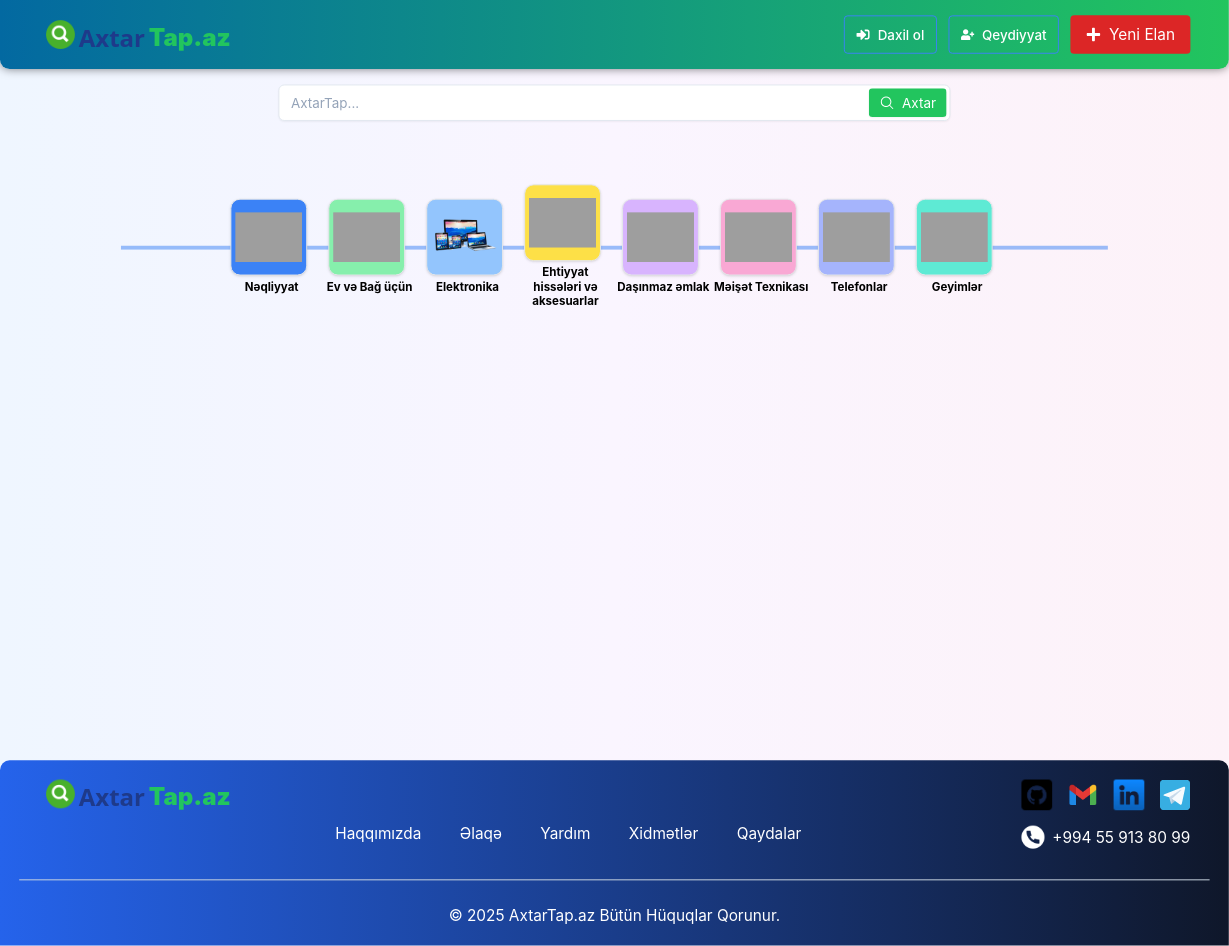
Repository: Omur56/AxtarTap.az
Page: /
An editor plug-in stored every save of this project. The page is shown before and after the next save, followed by the edit.
The browser window is 1280 px wide. The pictures show the whole page, at 96% of full size.
Pictures or frames that could not be fetched are drawn as grey boxes. The page's requests for data from a server got no answer. The project was rebuilt for these pictures with package versions that can differ from the ones it lists, and the page was loaded fresh each time. Some packages were replaced by stand-ins written for this rebuild. No one was signed in, and anything a server would have sent is missing. Also part of the build but not shown: src/pages/About/index.jsx, src/pages/Contact/index.jsx, src/pages/Qaydalar/index.jsx, src/pages/Yardım/index.jsx, src/pages/Xidmetler/index.jsx, src/components/CreatePostNeqliyyat/index.jsx, src/pages/Katalog/Neqliyyat/index.jsx, src/components/CreatePostHome/index.jsx and 30 more.

Above is the page before, as saved 2025-08-21 20:04:50.

After the next save:
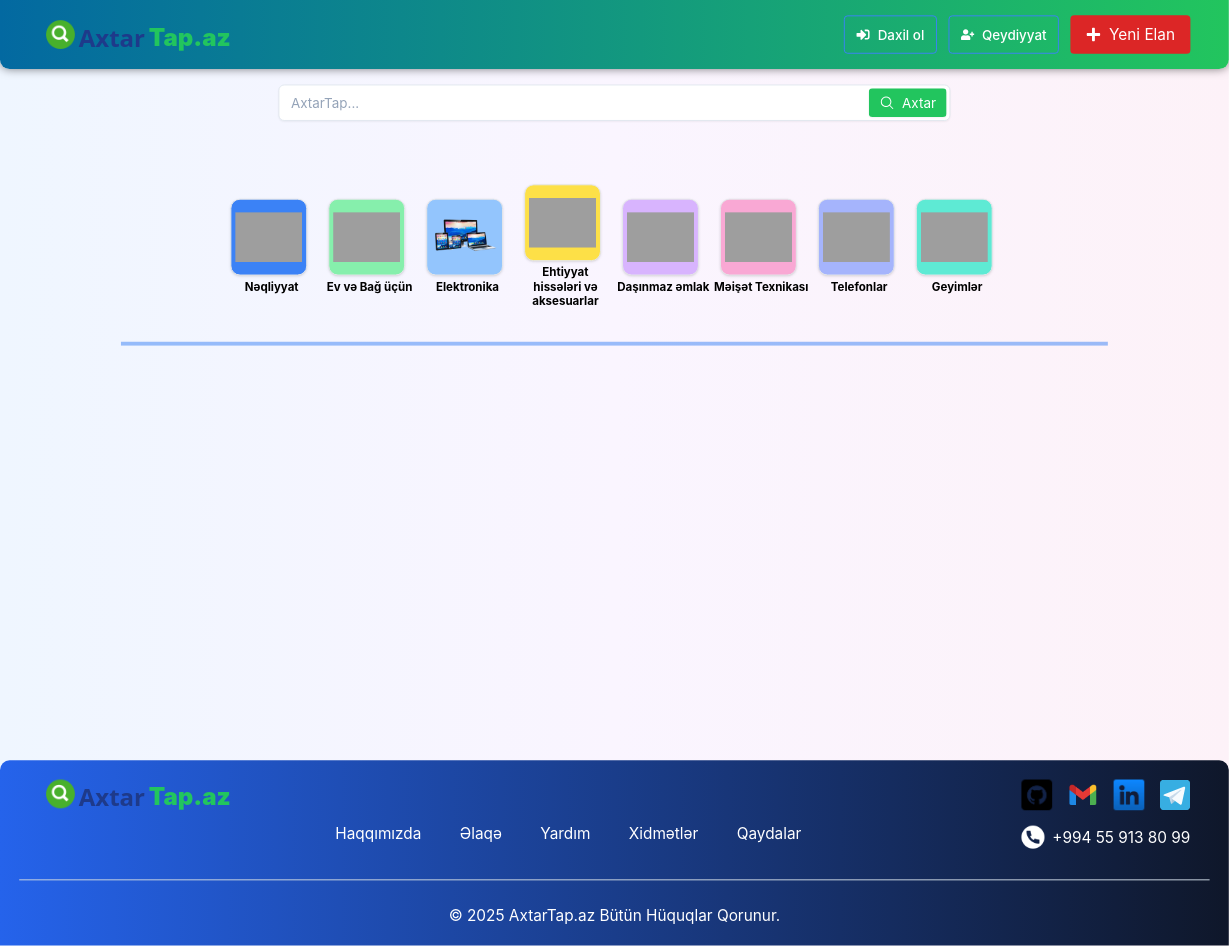
Saved 7 s later.
--- a/src/pages/Home/index.jsx
+++ b/src/pages/Home/index.jsx
@@ -310,7 +310,7 @@ useEffect(() => {
     <BottomMenu />
     <main className="   max-w-5xl mx-auto ">
 
-    <div className="max-h-[50px]">
+    <div className="max-h-[150px]">
        <Katalog />
     </div>
  <div className="mt-4">
